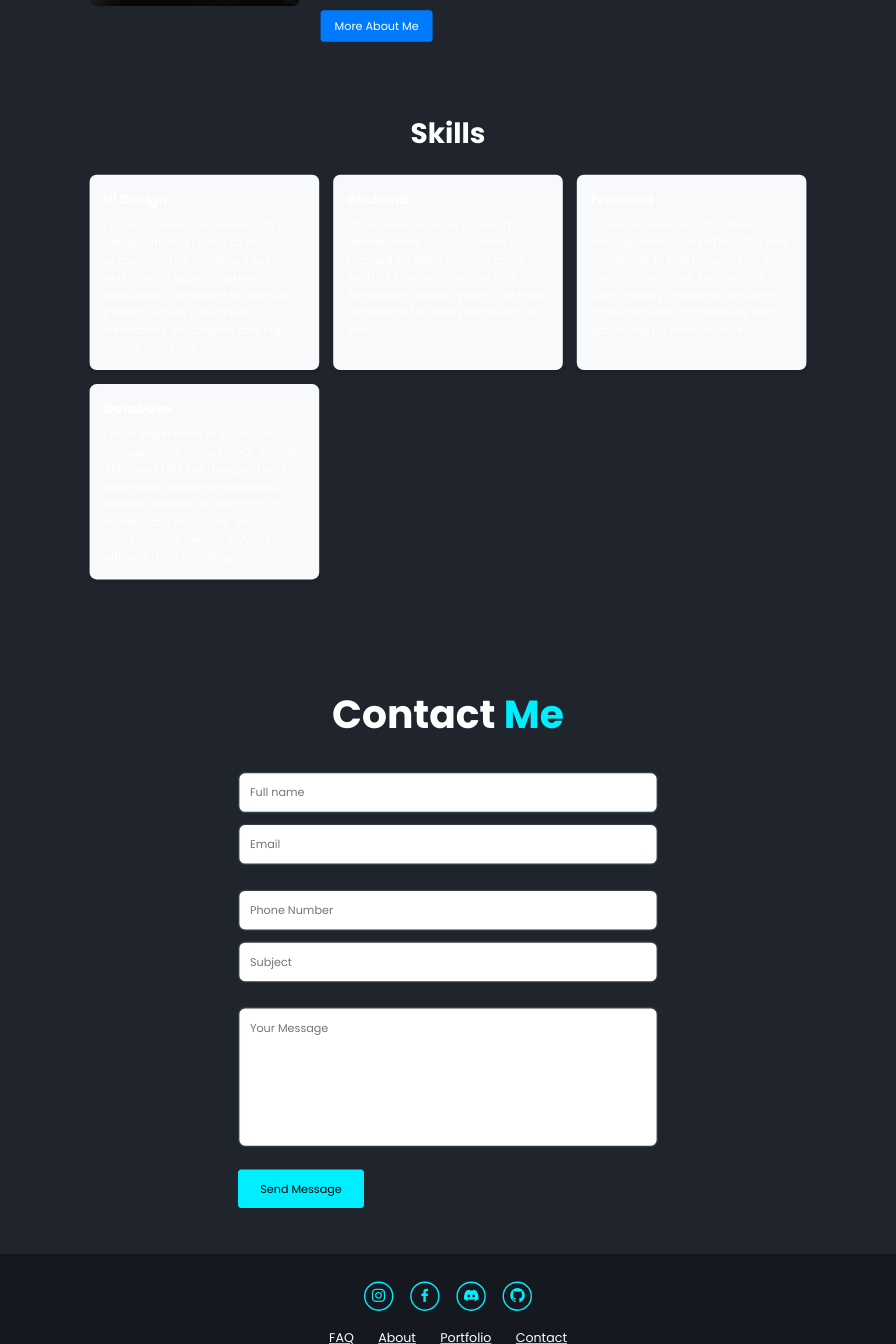
Repository: Olovrelvino/personalWebsite-HtmlCssJs-project
Page: main.html
These files come from the project's save history. The page is drawn as it stood at one moment and after a run of saves; the edit follows.
The browser window is 1280 px wide. The pictures show the part of the page from y = 1154 to 3074 px (the page is 3196 px tall before and 3046 px after), at 70% of full size.
Some web libraries are served in a nearby version.

Above is the page before, as saved 2024-09-23 22:36:22.

### main.html
<!DOCTYPE html>
<html lang="en">
<head>
    <meta charset="UTF-8">
    <meta name="viewport" content="width=device-width, initial-scale=1.0">
    <title>Oliver's Portofolio</title>
    <link href='https://unpkg.com/boxicons@2.1.4/css/boxicons.min.css' rel='stylesheet'>
    <link rel="stylesheet" href="style.css">
</head>

<body>

    <!-- NAVBAR SECTION -->
    <header class="header">
        <a href="#" class="logo">Portofolio.</a>

        <nav class="navbar">
          <div class="hamburger-menu">
            <div class="bar"></div>
            <div class="bar"></div>
            <div class="bar"></div>
          </div>
          <ul class="nav-menu">
            <li><a href="#home" class="nav-links" style="--i:1;">Home</a></li>
            <li><a href="#about" class="nav-links" style="--i:2;">About</a></li>
            <li><a href="#Skills" class="nav-links" style="--i:3;">Skills</a></li>
            <li><a href="portofolio.html" class="nav-links" style="--i:4;">Portofolio</a></li>
            <li><a href="#contact" class="nav-links" style="--i:5;">Contact</a></li>
          </ul>
        </nav>
      </header>

      <section id="home" class="section home">
        <div class="home-content">
          <h3>Hi, It's your boy</h3>
          <h1>Oliver Elvino Putra Pratama</h1>
          <h3>And I'm a <span class="multiple-text"></span></h3>
          <p>Hello guys, How's it going, it's your boy Oliver. Welcome to my personal website. This website will tell you about my portfolio, my background stories, and more. So once again welcome to my website and don't forget to follow me on social media. Nice to meet ya!</p>
          <div class="social-media">
            <a href="#" style="--i:7;"><i class="bx bxl-facebook"></i></a>
            <a href="#" style="--i:8;"><i class='bx bxl-discord-alt'></i></a>
            <a href="#" style="--i:9;"><i class="bx bxl-instagram"></i></a>
            <a href="#" style="--i:10;"><i class="bx bxl-linkedin"></i></a>
          </div>
          <a href="#" class="btn">Visit Works</a>
        </div>
        <div class="home-img">
          <img src="imagePW.png" alt="Oliver Elvino">
        </div>
      </section>

      <!-- About Section -->
<section id="about" class="section about">
    <div class="about-container">
      <div class="about-img">
        <img src="vino2.jpg" alt="Oliver Elvino">
      </div>
      <div class="about-text">
        <h2>About Me</h2>
        <h4>Oliver Elvino Putra Pratama</h4>
        <p>Hello! Let me introduce myself. My name is Oliver Elvino Putra Pratama, but you can call me Vino or Oliver. I'm a third-year student at the University Christian Satya Wacana, majoring in IT. Throughout my studies, I've learned various aspects of IT, including Website Programming, Human-Computer Interaction, Object-Oriented Programming, Machine Learning, Deep Learning, and more.</p>
        <p>Currently, I'm focusing on Data Science, as I believe data is incredibly important. However, I also enjoy frontend development, finding it both fun and satisfying. That's a brief introduction about me. Thank you!</p>
        <a href="#" class="btn-content">More About Me</a>
      </div>
    </div>
  </section>

  <!-- Skills Section -->
  <section id="Skills" class="section Skills">
    <h2 class="skills-heading">Skills</h2>
    <div class="Skills-container">
      <div class="Skills-box">
        <h4>UI Design</h4>
        <p>I have hands-on experience in UI design, utilizing Figma as my primary tool for creating intuitive and visually appealing user interfaces. I've worked on various projects where I designed wireframes, prototypes, and high-fidelity mockups.</p>
      </div>
      <div class="Skills-box">
        <h4>Backend</h4>
        <p>I have experience in backend development using C, where I focused on Basic Programming such as simple calculator and Restaurant Menus system. I've tried algorithms for data processing as well.</p>
      </div>
      <div class="Skills-box">
        <h4>Frontend</h4>
        <p>I have experience in frontend development, using HTML, CSS, and JavaScript to build responsive and dynamic websites. I've created user-friendly interfaces, ensuring cross-browser compatibility and optimizing for performance.</p>
      </div>
      <div class="Skills-box">
        <h4>Database</h4>
        <p>I have experience in database management using MySQL, Oracle APEX, and ERD. I've designed and optimized relational databases, created detailed ER diagrams to model data structures, and implemented them in MySQL for efficient data handling.</p>
      </div>
    </div>
  </section>

     <section class="contact" id="contact">
        <h2 class="heading">Contact <span class="highlight">Me</span></h2>

        <form action="">
            <div class="input-group">
                <div class="input-box">
                    <input type="text" placeholder="Full name">
                    <input type="email" placeholder="Email">
                </div>
                <div class="input-box">
                    <input type="number" placeholder="Phone Number">
                    <input type="text" placeholder="Subject">
                </div>
            </div>

            <div class="input-group-2">
                <textarea name="" id="" cols="30" rows="10" placeholder="Your Message"></textarea>
                <input type="submit" value="Send Message" class="btn-contact">
            </div>
        </form>
     </section>

     <!-- Footer Section -->
     <footer class="footer">
        <div class="social">
            <a href="#" style="--i:7;"><i class='bx bxl-instagram'></i></a>
            <a href="#" style="--i:8;"><i class='bx bxl-facebook' ></i></a>
            <a href="#" style="--i:9;"><i class='bx bxl-discord-alt' ></i></a>
            <a href="#" style="--i:10;"><i class='bx bxl-github'></i></a>
        </div>

        <ul class="list">
            <li>
                <a href="#">FAQ</a>
            </li>

            <li>
                <a href="#">About</a>
            </li>

            <li>
                <a href="#">Portfolio</a>
            </li>

            <li>
                <a href="#">Contact</a>
            </li>
            <p class="copyright">
                © Oliver Elvino | All Right Reserved
            </p>
        </ul>
     </footer>

    <script src="https://unpkg.com/typed.js@2.1.0/dist/typed.umd.js"></script>
    <script src="script.js"></script>
</body>
</html>

### style.css
@import url('https://fonts.googleapis.com/css?family=Poppins:400,700,900');

* {
    margin: 0;
    padding: 0;
    border: none;
    outline: none;
    scroll-behavior: smooth;
    box-sizing: border-box;
    font-family: 'Poppins', sans-serif;
}

body {
    background: #1f242d;
    color: #fff;
    overflow-x: hidden;

}

.header {
    position: fixed;
    top: 0;
    left: 0;
    width: 100%;
    padding: 15px 5%;
    background: rgba(0, 0, 0, 0.3);
    backdrop-filter: blur(10px);
    display: flex;
    justify-content: space-between;
    align-items: center;
    z-index: 100;
  }

  .logo {
    font-size: 1.5rem;
    color: #fff;
    text-decoration: none;
    font-weight: 600;
  }

  .navbar {
    display: flex;
    align-items: center;
  }

  .nav-menu {
    display: flex;
    list-style: none;
  }

  .nav-links {
    font-size: 1rem;
    color: #fff;
    text-decoration: none;
    font-weight: 500;
    margin-left: 35px;
    transition: .3s;
  }

  .nav-links:hover,
  .nav-links.active {
    color: #0ef;
  }

  .hamburger-menu {
    display: none;
    cursor: pointer;
  }

  .bar {
    display: block;
    width: 25px;
    height: 3px;
    margin: 5px auto;
    transition: all 0.3s ease-in-out;
    background-color: #fff;
  }

  @media screen and (max-width: 768px) {
    .hamburger-menu {
      display: block;
    }

    .hamburger-menu.active .bar:nth-child(2) {
      opacity: 0;
    }

    .hamburger-menu.active .bar:nth-child(1) {
      transform: translateY(8px) rotate(45deg);
    }

    .hamburger-menu.active .bar:nth-child(3) {
      transform: translateY(-8px) rotate(-45deg);
    }

    .nav-menu {
      position: fixed;
      left: -100%;
      top: 70px;
      gap: 0;
      flex-direction: column;
      background-color: rgba(0, 0, 0, 0.8);
      width: 100%;
      text-align: center;
      transition: 0.3s;
    }

    .nav-links {
      margin: 16px 0;
    }

    .nav-menu.active {
      left: 0;
    }
  }

  .home {
    min-height: 100vh;
    padding: 100px 5% 0;
    display: flex;
    justify-content: center;
    align-items: center;
    flex-direction: column-reverse;
  }

  .home-content {
    max-width: 100%;
    text-align: center;
  }

  .home-content h3 {
    font-size: 2rem;
    font-weight: 700;
    opacity: 0;
    animation: slideBottom 1s ease forwards;
    animation-delay: .7s;
  }

  .home-content h3 span {
    color:#0ef;
  }

  .home-content h3:nth-of-type(2) {
    margin-bottom: 20px;
    animation: slideTop 1s ease forwards;
    animation-delay: .7s;
  }

  .home-content h1 {
    font-size: 2.5rem;
    font-weight: 600;
    margin: 15px 0;
    opacity: 0;
    animation: slideRight 1s ease forwards;
    animation-delay: 1s;
  }

  .home-content p {
    font-size: 1rem;
    margin-bottom: 30px;
    opacity: 0;
    animation: slideLeft 1s ease forwards;
    animation-delay: 1s;
  }

  .home-img img {
    max-width: 300px;
    width: 100%;
    height: auto;
    border-radius: 50%;
    box-shadow: 0 0 10px #0ef;
    margin-bottom: 30px;
    opacity: 0;
    animation: zoomIn 1s ease forwards, floatImage 4s ease-in-out infinite;
    animation-delay: 2s, 3s;
  }

  .social-media {
    display: flex;
    justify-content: center;
    flex-wrap: wrap;
    margin-bottom: 20px;
  }

  .social-media a {
    display: inline-flex;
    justify-content: center;
    align-items: center;
    width: 40px;
    height: 40px;
    background: transparent;
    border: 2px solid #0ef;
    border-radius: 50%;
    font-size: 20px;
    color: #0ef;
    text-decoration: none;
    margin: 10px;
    transition: .5s ease;
    opacity: 0;
    animation: slideLeft 1s ease forwards;
    animation-delay: calc(.2s * var(--i));
  }

  .social-media a:hover {
    background: #0ef;
    color: #1f242d;
    box-shadow: 0 0 20px #0ef;
  }

  .btn {
    display: inline-block;
    padding: 12px 28px;
    background: #0ef;
    border-radius: 40px;
    box-shadow: 0 0 10px #0ef;
    font-size: 16px;
    color: #1f242d;
    letter-spacing: 1px;
    text-decoration: none;
    font-weight: 600;
    opacity: 0;
    animation: slideTop 1s ease forwards;
    animation-delay: 2s;
  }

  @media screen and (min-width: 768px) {
    .home {
      flex-direction: row;
      justify-content: space-between;
      text-align: left;
      padding: 100px 10% 0;
    }

    .home-content {
      max-width: 50%;
      text-align: left;
    }

    .home-content h1 {
      font-size: 3.5rem;
    }

    .home-content p {
      font-size: 1.1rem;
    }

    .home-img img {
      max-width: 400px;
      margin-bottom: 0;
    }

    .social-media {
      justify-content: flex-start;
    }
  }

  @media screen and (min-width: 1024px) {
    .home-content h1 {
      font-size: 4rem;
    }

    .home-content p {
      font-size: 1.2rem;
    }

    .home-img img {
      max-width: 450px;
    }
  }


  .section {
    padding: 50px 10%;
  }

  /* About section styles */
  .about-container {
    display: flex;
    flex-wrap: wrap;
    align-items: center;
    justify-content: space-between;
  }

  .about-img {
    flex: 1 1 300px;
    max-width: 300px;
    margin-right: 30px;
  }

  .about-img img {
    width: 100%;
    border-radius: 10px;
  }

  .about-text {
    flex: 1 1 300px;
  }

  .about-text h2 {
    font-size: 2.5rem;
    margin-bottom: 10px;
  }

  .about-text h4 {
    font-size: 1.5rem;
    margin-bottom: 15px;
  }

  .about-text p {
    margin-bottom: 15px;
  }

  .btn-content {
    display: inline-block;
    padding: 10px 20px;
    background-color: #007bff;
    color: #fff;
    text-decoration: none;
    border-radius: 5px;
    transition: background-color 0.3s;
  }

  .btn-content:hover {
    background-color: #0056b3;
  }

  /* Skills section styles */
  .skills-heading {
    font-size: 2.5rem;
    text-align: center;
    margin-bottom: 30px;
  }

  .Skills-container {
    display: grid;
    grid-template-columns: repeat(auto-fit, minmax(250px, 1fr));
    gap: 20px;
  }

  .Skills-box {
    background-color: #f8f9fa;
    padding: 20px;
    border-radius: 10px;
    box-shadow: 0 4px 6px rgba(0, 0, 0, 0.1);
  }

  .Skills-box h4 {
    font-size: 1.2rem;
    margin-bottom: 10px;
  }

  /* Responsive styles */
  @media screen and (max-width: 768px) {
    .section {
      padding: 30px 5%;
    }

    .about-container {
      flex-direction: column;
    }

    .about-img {
      margin-right: 0;
      margin-bottom: 20px;
      max-width: 100%;
    }

    .Skills-container {
      grid-template-columns: 1fr;
    }
  }

.contact {
    margin-top: 50px;
    padding: 50px 20px;
    text-align: center;
}

.contact .heading {
    font-size: 56px;
    margin-bottom: 40px;
    font-weight: 600;
}

.highlight {
    color:#0ef;
}

.input-group, .input-group-2 {
    display: block;
    width: 100%;
    max-width: 600px;
    margin: 0 auto;
}


.input-box {
    width: 100%;
    margin-bottom: 20px;
}

input, textarea {
    width: 100%;
    padding: 15px;
    font-size: 16px;
    margin-bottom: 15px;
    border: 2px solid #303d43;
    border-radius: 10px;
    box-sizing: border-box;
}


textarea {
    height: 200px;
    resize: none;
}


.btn-contact {
    display: block;
    width: 30%;
    padding: 15px;
    background-color: #0ef;
    font-size: 16px;
    border: none;
    border-radius: 5px;
    cursor: pointer;
    transition: 0.3s ease;
    margin-top: 10px;
}

.btn-contact:hover {
    color:#1f242d;
    box-shadow: 0 0 25px #0ef;
}

.footer {
    position: relative;
    bottom: 0;
    width: 100%;
    padding: 40px 0;
    background-color: rgba(0, 0, 0, 0.3);

}

.footer .social {
    text-align: center;
    padding-bottom: 25px;
    color: #0ef;

}

.footer .social a {
    font-size: 25px;
    color: #0ef;
    border: 2px solid #0ef;
    width: 42px;
    height: 42px;
    line-height: 42px;
    display: inline-block;
    text-align: center;
    border-radius: 50%;
    margin: 0 10px;
    transition: 0.3s ease-in-out;

}

.footer .social a:hover {
    transform: scale(1.2)translateY(-10px);
    background-color: #0ef;
    color:#1f242d;
    box-shadow: 0 0 25px #0ef;
}

.footer ul {
    margin-top: 0;
    padding: 0;
    font-size: 18px;
    line-height: 1.6;
    margin-bottom: 0;
    text-align: center;
}

.footer ul li a {
    color:#fff;
    border-bottom: 3px solid transparent;
    transition: 0.3s ease-in-out;
}

.footer ul li a:hover {
    border-bottom: 3px solid #0ef;
}

.footer ul li {
    display: inline-block;
    padding: 0 15px;
}

.footer .copyright {
    margin-top: 50px;
    text-align: center;
    font-size: 16px;
    color:#fff;
}


/* KEYFRAMES ANIMATION */
@keyframes slideRight {
    0% {
        transform: translateX(-100px);
        opacity: 0;
    }

    100% {
        transform: translateX(0);
        opacity: 1;
    }
}

@keyframes slideLeft {
    0% {
        transform: translateX(100px);
        opacity: 0;
    }

    100% {
        transform: translateX(0);
        opacity: 1;
    }
}

@keyframes slideTop {
    0% {
        transform: translateY(100px);
        opacity: 0;
    }

    100% {
        transform: translateY(0);
        opacity: 1;
    }
}

@keyframes slideBottom {
    0% {
        transform: translateY(-100px);
        opacity: 0;
    }

    100% {
        transform: translateY(0);
        opacity: 1;
    }
}

@keyframes zoomIn {
    0% {
        transform: scale(0);
        opacity: 0;
    }

    100% {
        transform: scale(1);
        opacity: 1;
    }
}

@keyframes floatImage {
    0% {
        transform: translateY(0);

    }
    50% {
        transform: translateY(-24px);

    }
    100% {
        transform: translateY(0);

    }
}

### script.js
var typed = new Typed(".multiple-text", {
    strings: ["Student of UKSW", "Information Technology Major", "Code Anthusiast"],
    typeSpeed: 100,
    backSpeed: 100,
    backDelay: 1000,
    loop: true
})

// document.querySelectorAll('.navbar a').forEach(anchor => {
//     anchor.addEventListener('click', function(e) {
//         const target = document.querySelector(this.getAttribute('href'));

//         // Remove 'active' class from all links
//         document.querySelectorAll('.navbar a').forEach(link => {
//             link.classList.remove('active');
//         });

//         // Add 'active' class to the clicked link
//         this.classList.add('active');

//         // Smooth scroll to the section (only if the target exists)
//         if (target) {
//             e.preventDefault();
//             target.scrollIntoView({
//                 behavior: 'smooth'
//             });
//         }
//     });
// });

// // Mendapatkan semua elemen section yang ditargetkan
// const sections = document.querySelectorAll('section');
// const navLinks = document.querySelectorAll('.navbar a');

// // Fungsi untuk mengubah tautan yang aktif
// function changeActiveNav() {
//     let index = sections.length;

//     // Loop untuk menentukan bagian halaman mana yang sedang di viewport
//     while (--index && window.scrollY + 100 < sections[index].offsetTop) {}

//     // Hapus class 'active' dari semua tautan
//     navLinks.forEach((link) => link.classList.remove('active'));

//     // Tambahkan class 'active' pada tautan yang sesuai dengan bagian halaman
//     navLinks[index].classList.add('active');
// }

// // Event listener ketika halaman discroll
// window.addEventListener('scroll', changeActiveNav);

// // Event listener untuk klik pada tautan navbar
// navLinks.forEach((link) => {
//     link.addEventListener('click', function() {
//         // Hapus class 'active' dari semua tautan
//         navLinks.forEach((link) => link.classList.remove('active'));

//         // Tambahkan class 'active' pada tautan yang diklik
//         this.classList.add('active');
//     });
// });

// // Deteksi apakah halaman Portfolio sedang dibuka
// if (window.location.href.includes('portofolio.html')) {
//     document.querySelector('.navbar a[href="portofolio.html"]').classList.add('active');
// }

// Mengambil semua link navigasi dan bagian
const sections = document.querySelectorAll('section');
const navLinks = document.querySelectorAll('.navbar a');

// Fungsi untuk menambahkan kelas 'active' ke link navigasi
window.onscroll = () => {
    let current = "";

    sections.forEach(section => {
        const sectionTop = section.offsetTop;
        const sectionHeight = section.clientHeight;

        // Memeriksa jika posisi scroll berada di dalam section
        if (pageYOffset >= sectionTop - sectionHeight / 3) {
            current = section.getAttribute('id'); // Mendapatkan id dari section yang aktif
        }
    });

    navLinks.forEach(link => {
        link.classList.remove('active'); // Menghapus class active dari semua link
        if (link.getAttribute('href').includes(current)) {
            link.classList.add('active'); // Menambahkan class active ke link yang sesuai
        }
    });
};

document.addEventListener('DOMContentLoaded', () => {
    const hamburger = document.querySelector('.hamburger-menu');
    const navMenu = document.querySelector('.nav-menu');

    hamburger.addEventListener('click', () => {
      hamburger.classList.toggle('active');
      navMenu.classList.toggle('active');
    });

    document.querySelectorAll('.nav-links').forEach(n => n.addEventListener('click', () => {
      hamburger.classList.remove('active');
      navMenu.classList.remove('active');
    }));
  });

After the next 2 saves:
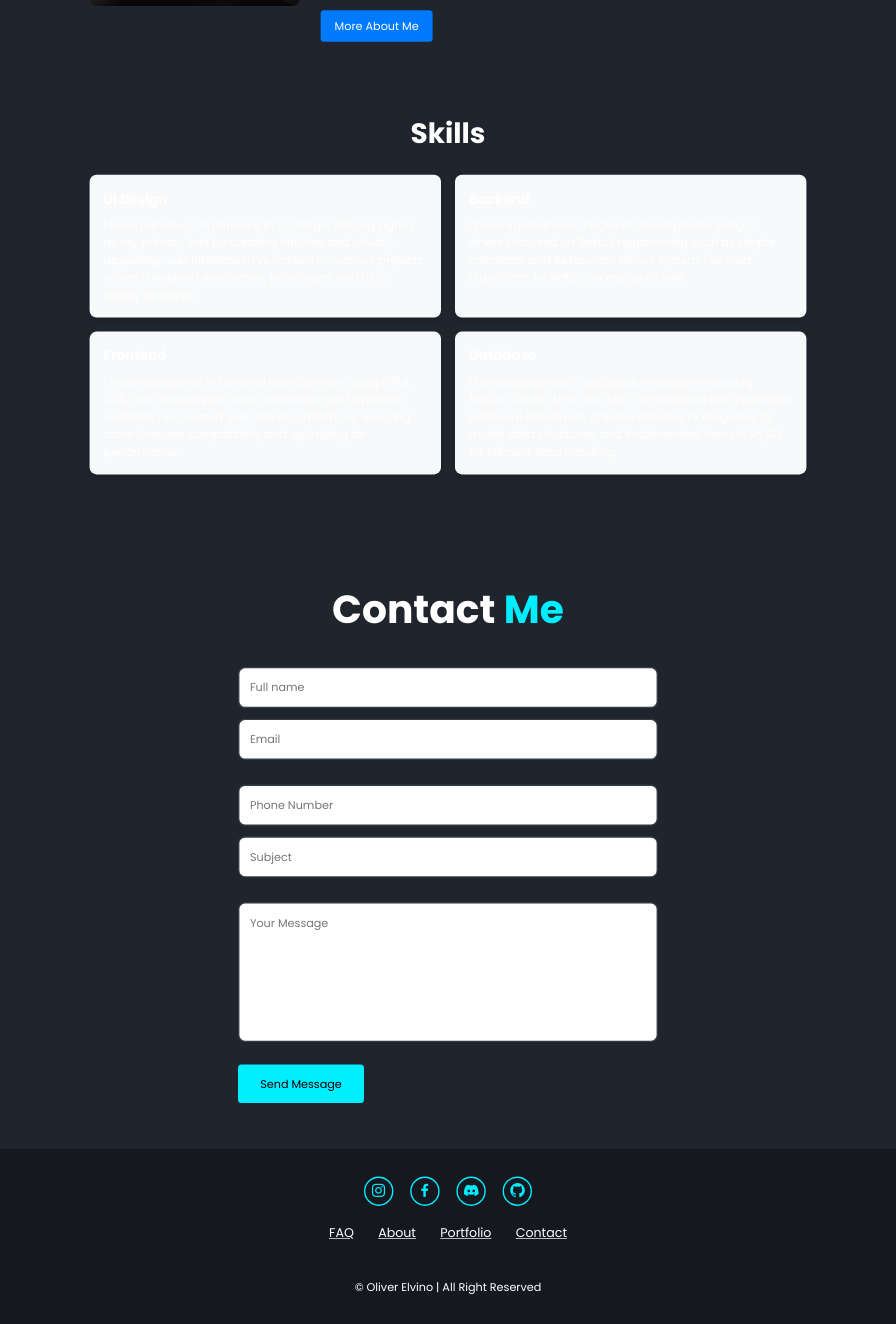
The 2 saves are shown as one change because they came seconds apart.
The last was saved 3 min 29 s later.
--- a/style.css
+++ b/style.css
@@ -268,7 +268,6 @@ body {
     }
   }
 
-
   .section {
     padding: 50px 10%;
   }
@@ -333,7 +332,7 @@ body {
 
   .Skills-container {
     display: grid;
-    grid-template-columns: repeat(auto-fit, minmax(250px, 1fr));
+    grid-template-columns: repeat(2, 1fr);
     gap: 20px;
   }
 
@@ -342,6 +341,12 @@ body {
     padding: 20px;
     border-radius: 10px;
     box-shadow: 0 4px 6px rgba(0, 0, 0, 0.1);
+    transition: transform 0.3s, box-shadow 0.3s;
+  }
+
+  .Skills-box:hover {
+    transform: translateY(-5px);
+    box-shadow: 0 6px 8px rgba(0, 0, 0, 0.15);
   }
 
   .Skills-box h4 {
